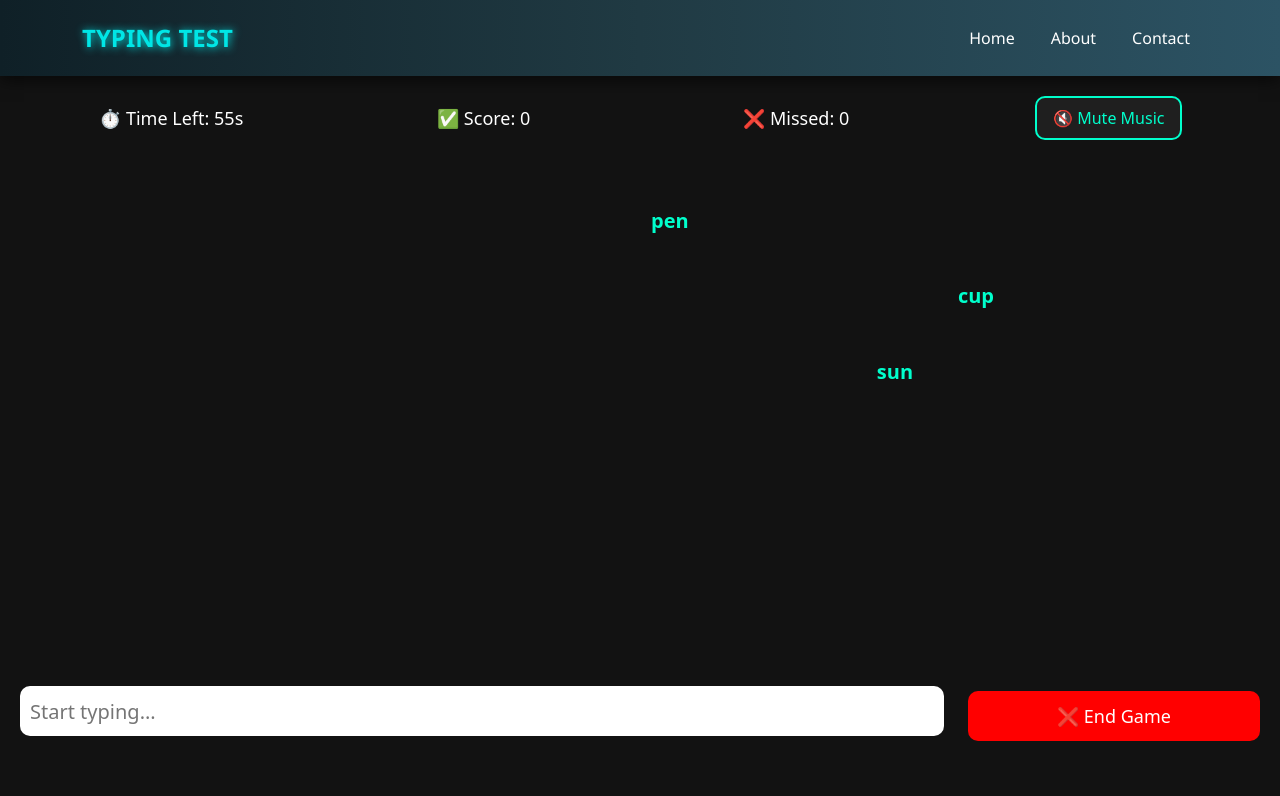
Repository: SHAHZADcodr/typing-test-react
Page: /game
An editor plug-in stored every save of this project. The page is shown before and after a run of saves, followed by the edit.
The browser window is 1280 px wide. The pictures show the whole page.
The project was rebuilt for these pictures with package versions that can differ from the ones it lists, and the page was loaded fresh each time. Also part of the build but not shown: src/customCss/Home.css, src/pages/Home.jsx, src/customCss/About.css, src/pages/About.jsx, src/customCss/Contact.css, src/pages/Contact.jsx, src/customCss/GameOver.css, src/pages/GameOver.jsx. Imported but missing from the stored project, and not drawn on this page: src/assets/background.mp3, src/assets/pop.mp3.

Above is the page before, as saved 2025-04-09 01:24:59.

After the next 2 saves:
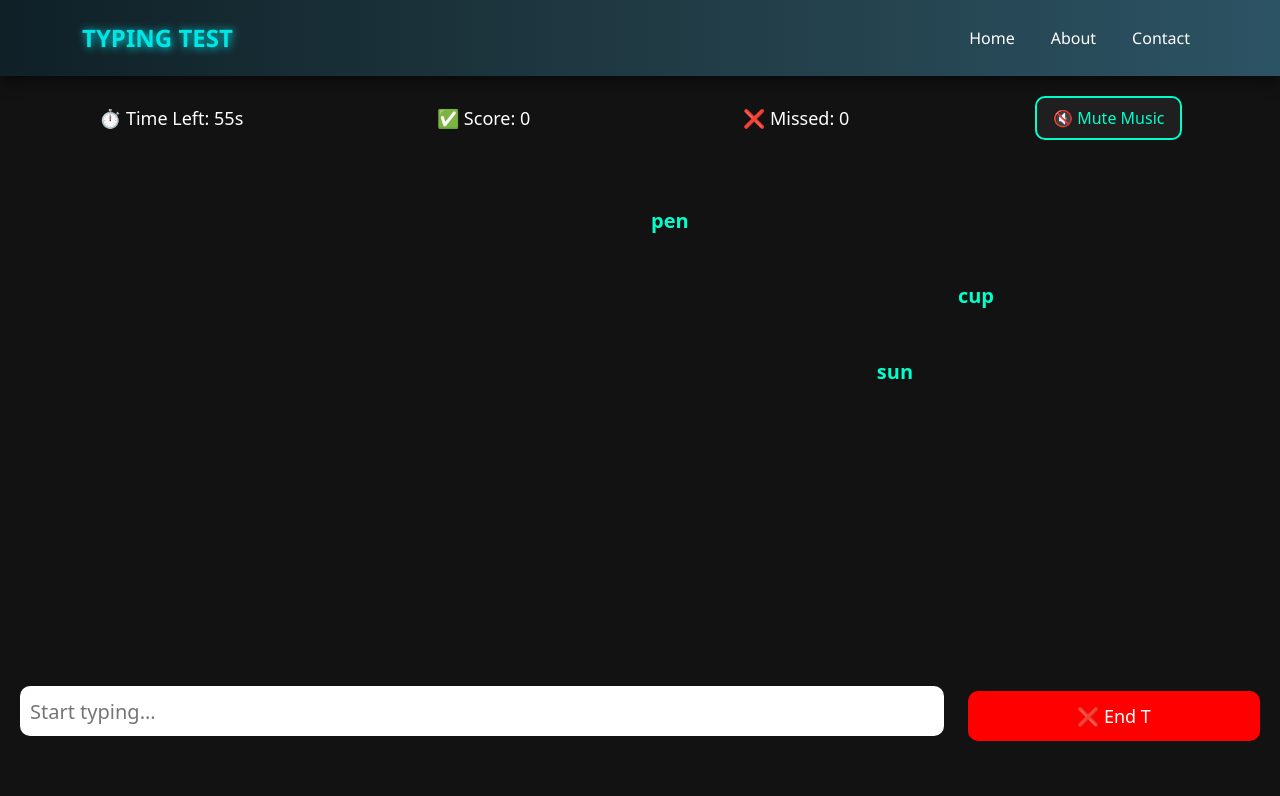
The 2 saves are shown as one change because they came seconds apart.
The last was saved 2 min 14 s later.
--- a/src/pages/Game.jsx
+++ b/src/pages/Game.jsx
@@ -198,7 +198,7 @@ const Game = () => {
         </Col>
         <Col xs={3}>
           <Button onClick={endGame} className="end-game-button">
-            ❌ End Game
+            ❌ End T
           </Button>
         </Col>
       </Row>
